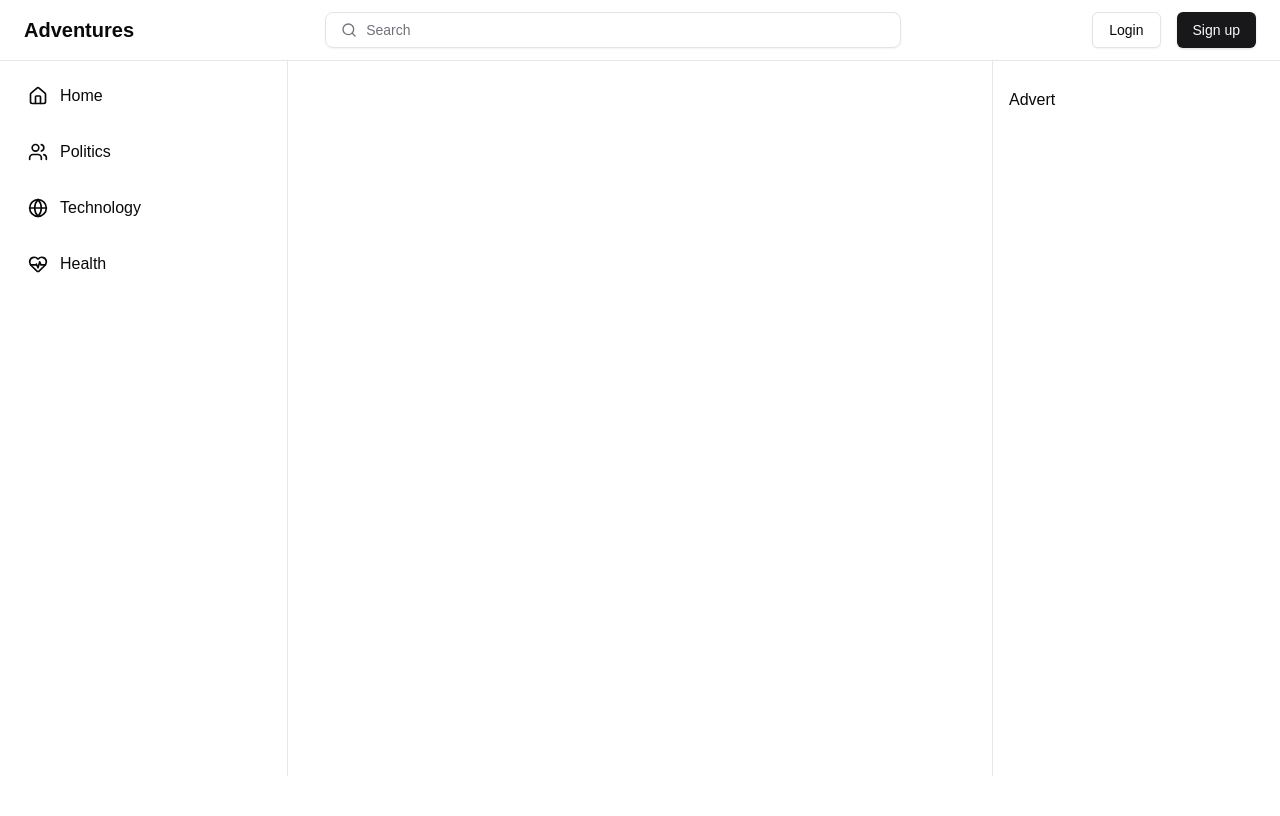
Repository: IssaMuiz/afrixpace-frontend
Page: /
The author's editor kept a copy of each file at every save. The page is drawn from the files as they stood at one save, then again after the next save.
The browser window is 1280 px wide. The pictures show the whole page.
The page's requests for data from a server got no answer. The project was rebuilt for these pictures with package versions that can differ from the ones it lists, and the page was loaded fresh each time. The framework's server and built-in components were replaced by stand-ins that run in the browser. No one was signed in, and anything a server would have sent is missing. Also part of the build but not shown: next.config.ts, components/ui/card.tsx, components/Vote.tsx, components/PostCard.tsx.

Above is the page before, as saved 2025-02-04 17:17:32.

### app/layout.tsx
import type { Metadata } from "next";
import { Geist, Geist_Mono } from "next/font/google";
import "./globals.css";
import Navbar from "@/components/Navbar";
import Sidebar from "@/components/Sidebar";
import AdvertBar from "@/components/Advertbar";

const geistSans = Geist({
  variable: "--font-geist-sans",
  subsets: ["latin"],
});

const geistMono = Geist_Mono({
  variable: "--font-geist-mono",
  subsets: ["latin"],
});

export const metadata: Metadata = {
  title: "Adventurer app",
  description: "Share your adventure experience here",
};

export default function RootLayout({
  children,
}: Readonly<{
  children: React.ReactNode;
}>) {
  return (
    <html lang="en">
      <body
        className={`${geistSans.variable} ${geistMono.variable} min-h-screen antialiased`}
      >
        <Navbar />
        <div className="grid grid-rows-1 lg:grid-rows-[1fr_250px] xl:grid-rows-[250px_1fr_300px] gap-6 h-screen p-4">
          <Sidebar />

          <main className=" lg:mr-[290px]  xl:mx-[300px]">{children}</main>
          <AdvertBar />
        </div>
      </body>
    </html>
  );
}

### app/page.tsx
import Feed from "@/components/Feed";

const HomePage = () => {
  return (
    <div className="h-screen ">
      <Feed />
    </div>
  );
};

export default HomePage;

### components/Navbar.tsx
"use client";
import { Button } from "./ui/button";
import { Input } from "./ui/input";
import { Search } from "lucide-react";

const Navbar = () => {
  return (
    <nav className="border-b bg-white z-20 fixed left-0 right-0 top-0 border-gray-200 px-6 py-3 flex justify-between items-center">
      <h1 className="text-xl font-semibold">Adventures</h1>

      <div className="relative max-w-xl flex-1 mx-6">
        <Search className=" h-4 absolute left-3 top-1/2 transform -translate-y-1/2 text-gray-500" />
        <Input
          type="text"
          placeholder="Search"
          className="pl-10 w-full border rounded-lg"
        />
      </div>

      <div className=" flex gap-4">
        <Button variant="outline" className="hover:bg-gray-100">
          Login
        </Button>
        <Button className="hover:bg-white hover:text-black ">Sign up</Button>
      </div>
    </nav>
  );
};

export default Navbar;

### components/Sidebar.tsx
"use client";

import Link from "next/link";
import { usePathname } from "next/navigation";
import { categories } from "@/constant";
import { cn } from "@/lib/utils";

const Sidebar = () => {
  const pathname = usePathname();
  return (
    <aside className="fixed hidden xl:block top-14 left-0 bottom-0 w-72 border-r border-gray-200 h-screen dark:bg-gray-900 p-4">
      <nav className="space-y-2">
        {categories.map(({ name, icon: Icon, path }) => (
          <Link
            key={name}
            href={path}
            className={cn(
              "flex items-center gap-3 p-3 rounded-md hover:bg-gray-200 dark:hover:bg-gray-800 transition",
              pathname === path && "bg-gray-300 dark:bg-gray-700 font-semibold"
            )}
          >
            <Icon className="w-5 h-5" />
            <span>{name}</span>
          </Link>
        ))}
      </nav>
    </aside>
  );
};

export default Sidebar;

### components/Advertbar.tsx
const AdvertBar = () => {
  return (
    <aside className="hidden lg:block fixed right-0 top-14 bottom-0 w-72 border-l border-gray-200 h-full bg-white pt-8 px-4">
      Advert
    </aside>
  );
};

export default AdvertBar;

### components/Feed.tsx
"use client";

import { useEffect, useState } from "react";
import PostCard from "./PostCard";

interface Post {
  id: string;
  title: string;
  content: string;
  votes: number;
  mediaUrl?: string;
  mediaType: "image" | "video";
}

const Feed = () => {
  const [posts, setPosts] = useState<Post[]>([]);

  useEffect(() => {
    async function fetchPost() {
      const res = await fetch("/api/posts");
      const data = await res.json();
      setPosts(data);
    }
    fetchPost();
  }, []);
  return (
    <section className="space-y-6 mt-20">
      {posts.map((post) => (
        <PostCard key={post.id} post={post} />
      ))}
    </section>
  );
};

export default Feed;

### components/ui/button.tsx
import * as React from "react"
import { Slot } from "@radix-ui/react-slot"
import { cva, type VariantProps } from "class-variance-authority"

import { cn } from "@/lib/utils"

const buttonVariants = cva(
  "inline-flex items-center justify-center gap-2 whitespace-nowrap rounded-md text-sm font-medium transition-colors focus-visible:outline-none focus-visible:ring-1 focus-visible:ring-ring disabled:pointer-events-none disabled:opacity-50 [&_svg]:pointer-events-none [&_svg]:size-4 [&_svg]:shrink-0",
  {
    variants: {
      variant: {
        default:
          "bg-primary text-primary-foreground shadow hover:bg-primary/90",
        destructive:
          "bg-destructive text-destructive-foreground shadow-sm hover:bg-destructive/90",
        outline:
          "border border-input bg-background shadow-sm hover:bg-accent hover:text-accent-foreground",
        secondary:
          "bg-secondary text-secondary-foreground shadow-sm hover:bg-secondary/80",
        ghost: "hover:bg-accent hover:text-accent-foreground",
        link: "text-primary underline-offset-4 hover:underline",
      },
      size: {
        default: "h-9 px-4 py-2",
        sm: "h-8 rounded-md px-3 text-xs",
        lg: "h-10 rounded-md px-8",
        icon: "h-9 w-9",
      },
    },
    defaultVariants: {
      variant: "default",
      size: "default",
    },
  }
)

export interface ButtonProps
  extends React.ButtonHTMLAttributes<HTMLButtonElement>,
    VariantProps<typeof buttonVariants> {
  asChild?: boolean
}

const Button = React.forwardRef<HTMLButtonElement, ButtonProps>(
  ({ className, variant, size, asChild = false, ...props }, ref) => {
    const Comp = asChild ? Slot : "button"
    return (
      <Comp
        className={cn(buttonVariants({ variant, size, className }))}
        ref={ref}
        {...props}
      />
    )
  }
)
Button.displayName = "Button"

export { Button, buttonVariants }

### components/ui/input.tsx
import * as React from "react"

import { cn } from "@/lib/utils"

const Input = React.forwardRef<HTMLInputElement, React.ComponentProps<"input">>(
  ({ className, type, ...props }, ref) => {
    return (
      <input
        type={type}
        className={cn(
          "flex h-9 w-full rounded-md border border-input bg-transparent px-3 py-1 text-base shadow-sm transition-colors file:border-0 file:bg-transparent file:text-sm file:font-medium file:text-foreground placeholder:text-muted-foreground focus-visible:outline-none focus-visible:ring-1 focus-visible:ring-ring disabled:cursor-not-allowed disabled:opacity-50 md:text-sm",
          className
        )}
        ref={ref}
        {...props}
      />
    )
  }
)
Input.displayName = "Input"

export { Input }

### constant.ts
import { Home, Users, Globe, HeartPulseIcon } from "lucide-react";

export const categories = [
  {
    name: "Home",
    icon: Home,
    path: "",
  },
  {
    name: "Politics",
    icon: Users,
    path: "/explore/politics",
  },
  {
    name: "Technology",
    icon: Globe,
    path: "/explore/technology",
  },
  {
    name: "Health",
    icon: HeartPulseIcon,
    path: "/explore/health",
  },
];

### lib/utils.ts
/* eslint-disable @typescript-eslint/no-explicit-any */
import { clsx } from "clsx";
import { twMerge } from "tailwind-merge";

export function cn(...inputs: any[]) {
  return twMerge(clsx(inputs));
}

### tailwind.config.ts
import type { Config } from "tailwindcss";
import tailwindAnimate from "tailwindcss-animate";

export default {
  darkMode: ["class"],
  content: [
    "./pages/**/*.{js,ts,jsx,tsx,mdx}",
    "./components/**/*.{js,ts,jsx,tsx,mdx}",
    "./app/**/*.{js,ts,jsx,tsx,mdx}",
  ],
  theme: {
    extend: {
      colors: {
        background: "hsl(var(--background))",
        foreground: "hsl(var(--foreground))",
        card: {
          DEFAULT: "hsl(var(--card))",
          foreground: "hsl(var(--card-foreground))",
        },
        popover: {
          DEFAULT: "hsl(var(--popover))",
          foreground: "hsl(var(--popover-foreground))",
        },
        primary: {
          DEFAULT: "hsl(var(--primary))",
          foreground: "hsl(var(--primary-foreground))",
        },
        secondary: {
          DEFAULT: "hsl(var(--secondary))",
          foreground: "hsl(var(--secondary-foreground))",
        },
        muted: {
          DEFAULT: "hsl(var(--muted))",
          foreground: "hsl(var(--muted-foreground))",
        },
        accent: {
          DEFAULT: "hsl(var(--accent))",
          foreground: "hsl(var(--accent-foreground))",
        },
        destructive: {
          DEFAULT: "hsl(var(--destructive))",
          foreground: "hsl(var(--destructive-foreground))",
        },
        border: "hsl(var(--border))",
        input: "hsl(var(--input))",
        ring: "hsl(var(--ring))",
        chart: {
          "1": "hsl(var(--chart-1))",
          "2": "hsl(var(--chart-2))",
          "3": "hsl(var(--chart-3))",
          "4": "hsl(var(--chart-4))",
          "5": "hsl(var(--chart-5))",
        },
      },
      borderRadius: {
        lg: "var(--radius)",
        md: "calc(var(--radius) - 2px)",
        sm: "calc(var(--radius) - 4px)",
      },
    },
  },

  plugins: [tailwindAnimate],
} satisfies Config;

Loaded but not shown: app/globals.css (common file)

After the next save:
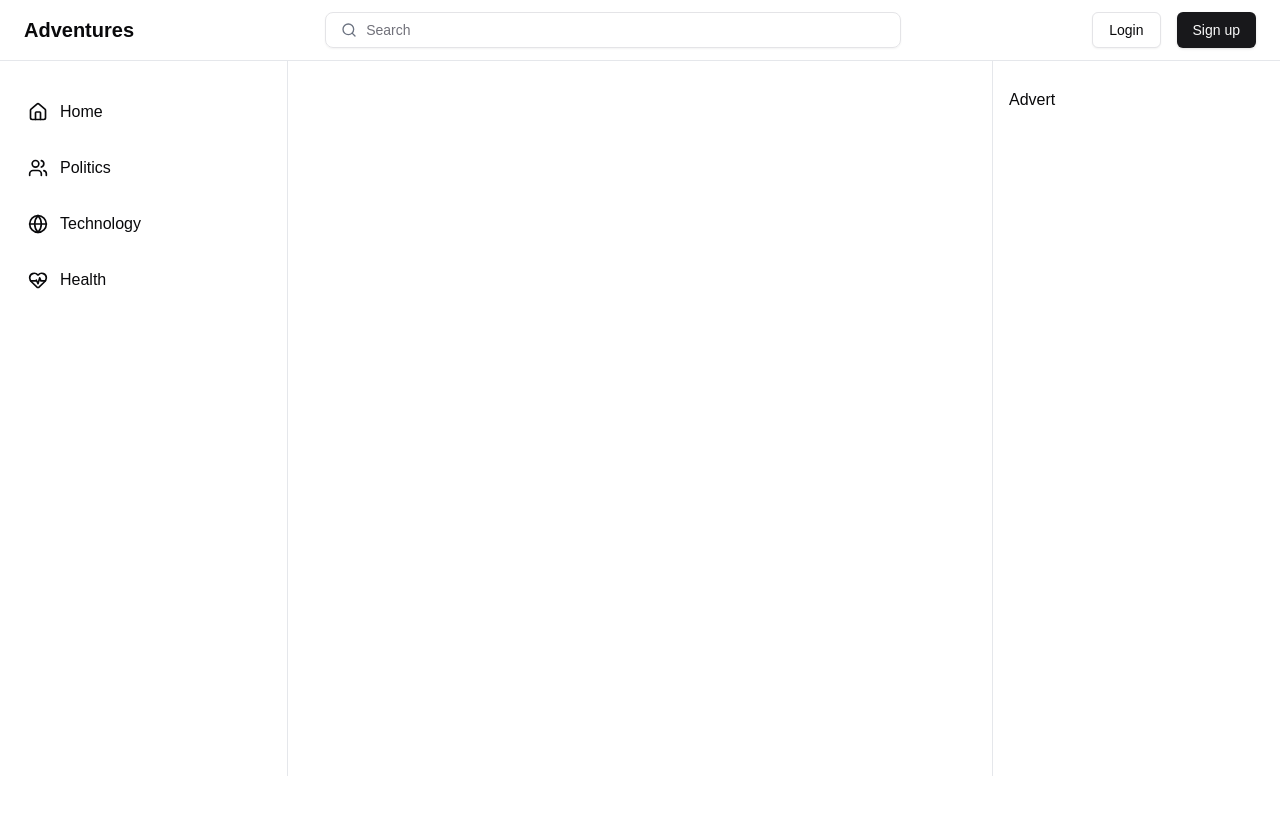
Saved 117 s later.
--- a/components/Sidebar.tsx
+++ b/components/Sidebar.tsx
@@ -8,7 +8,7 @@ import { cn } from "@/lib/utils";
 const Sidebar = () => {
   const pathname = usePathname();
   return (
-    <aside className="fixed hidden xl:block top-14 left-0 bottom-0 w-72 border-r border-gray-200 h-screen dark:bg-gray-900 p-4">
+    <aside className="fixed hidden xl:block top-14 left-0 bottom-0 w-72 border-r border-gray-200 h-screen dark:bg-gray-900 px-4 pt-8">
       <nav className="space-y-2">
         {categories.map(({ name, icon: Icon, path }) => (
           <Link
